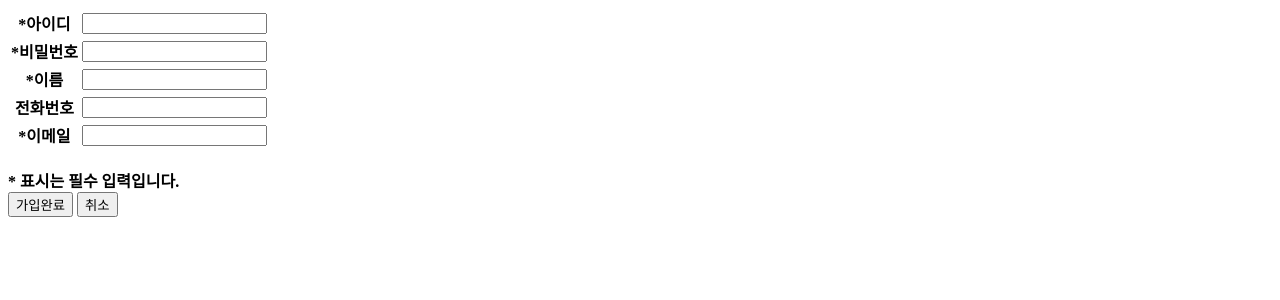
Repository: amoled4/ezen_jsp_project4
Page: http://localhost/jsp_exam/member/join.jsp
An editor plug-in stored every save of this project. The page is shown before and after the next save, followed by the edit.
The browser window is 1280 px wide. The pictures show the whole page.
The page is served by Tomcat 9. Other server files are loaded and not shown.

Above is the page before, as saved 2023-05-30 06:55:44.

### jsp_exam/src/main/webapp/member/join.jsp
<%@ page language="java" contentType="text/html; charset=UTF-8"
	pageEncoding="UTF-8"%>
<!DOCTYPE html>
<html>
<head>
<meta charset="UTF-8">
<title>Insert title here</title>
</head>
<body>
	<form action="/mem/joinus" method="post">
		<table>
			<tr>
				<th>*아이디</th>
				<td><input type="text" name="id"></td>
			</tr>
			<tr>
				<th>*비밀번호</th>
				<td><input type="text" name="pw"></td>
			</tr>
			<tr>
				<th>*이름</th>
				<td><input type="text" name="name"></td>
			</tr>
			<tr>
				<th>전화번호</th>
				<td><input type="text" name="phone"></td>
			</tr>
			<tr>
				<th>*이메일</th>
				<td><input type="text" name="email"></td>
			</tr>
		</table>
		<br> <strong>* 표시는 필수 입력입니다.</strong> <br>
		<button type="submit">가입완료</button>
		<a href="/"><button type="button">취소</button></a>
	</form>
</body>
</html>

After the next save:
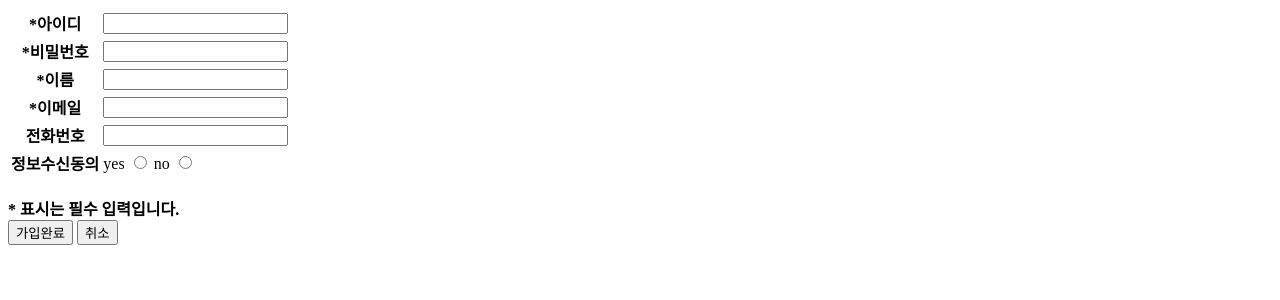
Saved 6 min 37 s later.
--- a/jsp_exam/src/main/webapp/member/join.jsp
+++ b/jsp_exam/src/main/webapp/member/join.jsp
@@ -22,12 +22,23 @@
 				<td><input type="text" name="name"></td>
 			</tr>
 			<tr>
+				<th>*이메일</th>
+				<td><input type="email" name="email"></td>
+			</tr>
+			<tr>
 				<th>전화번호</th>
 				<td><input type="text" name="phone"></td>
 			</tr>
 			<tr>
-				<th>*이메일</th>
-				<td><input type="text" name="email"></td>
+				<th>정보수신동의</th>
+				<td>
+					<label for="yes"> yes
+						<input type="radio" name="event" value="1">
+					</label>
+					<label for="no"> no
+						<input type="radio" name="event" value="0">
+					</label>
+				</td>
 			</tr>
 		</table>
 		<br> <strong>* 표시는 필수 입력입니다.</strong> <br>
